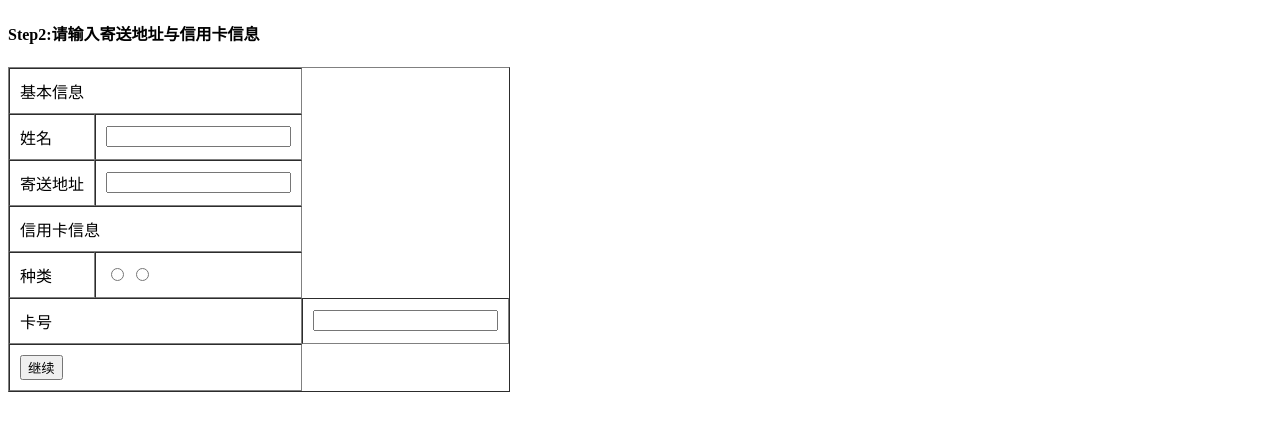
Repository: smilebingbing/java
Page: http://localhost/day_0103/shoppingcart/step-2.jsp
These files come from the project's save history. The page is drawn as it stood at one moment and after the next save; the edit follows.
The browser window is 1280 px wide. The pictures show the whole page.
The page is served by Tomcat 9. Other server files are loaded and not shown.

Above is the page before, as saved 2017-01-04 07:51:09.

### day_0103/WebContent/shoppingcart/step-2.jsp
<%@ page language="java" contentType="text/html; charset=UTF-8"
    pageEncoding="UTF-8"%>
<!DOCTYPE html PUBLIC "-//W3C//DTD HTML 4.01 Transitional//EN" "http://www.w3.org/TR/html4/loose.dtd">
<html>
<head>
<meta http-equiv="Content-Type" content="text/html; charset=UTF-8">
<title>Insert title here</title>
</head>
<body>

	<h4>Step2:请输入寄送地址与信用卡信息</h4>
	<form action="" method="post">
		<table border="1" cellpadding="10" cellspacing="0">
			<tr>
				<td colspan="2">基本信息</td>
			</tr>
			<tr>
				<td>姓名</td>
				<td><input type="text" name="" value="" /></td>
			</tr>
			<tr>
				<td>寄送地址</td>
				<td><input type="text" name="" value="" /></td>
			</tr>
			<tr>
				<td colspan="2">信用卡信息</td>
			</tr>
			<tr>
				<td>种类</td>
				<td><input type="radio" name="" value="Visa" />
				<input type="radio" name="" value="Master" />
				</td>
			</tr>
			<tr>
				<td colspan="2">卡号</td>
				<td><input type="text" name="" value="" /></td>
			</tr>
			<tr>
				<td colspan="2"><input type="submit" value="继续" /></td>
			</tr>
		</table>
	</form>

</body>
</html>

After the next save:
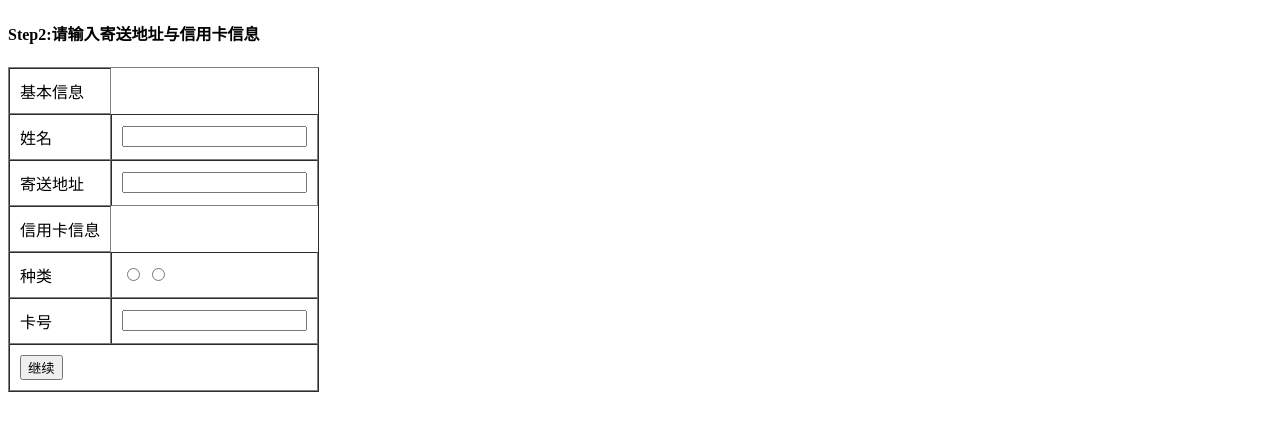
Saved 44 s later.
--- a/day_0103/WebContent/shoppingcart/step-2.jsp
+++ b/day_0103/WebContent/shoppingcart/step-2.jsp
@@ -12,7 +12,7 @@
 	<form action="" method="post">
 		<table border="1" cellpadding="10" cellspacing="0">
 			<tr>
-				<td colspan="2">基本信息</td>
+				<td >基本信息</td>
 			</tr>
 			<tr>
 				<td>姓名</td>
@@ -23,7 +23,7 @@
 				<td><input type="text" name="" value="" /></td>
 			</tr>
 			<tr>
-				<td colspan="2">信用卡信息</td>
+				<td >信用卡信息</td>
 			</tr>
 			<tr>
 				<td>种类</td>
@@ -32,7 +32,7 @@
 				</td>
 			</tr>
 			<tr>
-				<td colspan="2">卡号</td>
+				<td >卡号</td>
 				<td><input type="text" name="" value="" /></td>
 			</tr>
 			<tr>
